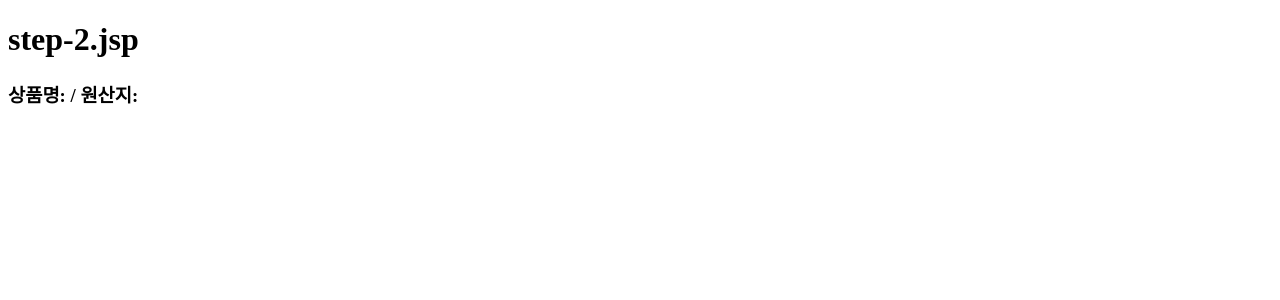
Repository: dtkd19/jsp-jstl_241021
Page: http://localhost/jstl_study/step-2.jsp
These files come from the project's save history. The page is drawn as it stood at one moment and after the next save; the edit follows.
The browser window is 1280 px wide. The pictures show the whole page.
The page is served by Tomcat 9.

Above is the page before, as saved 2024-10-21 03:18:05.

After the next save:
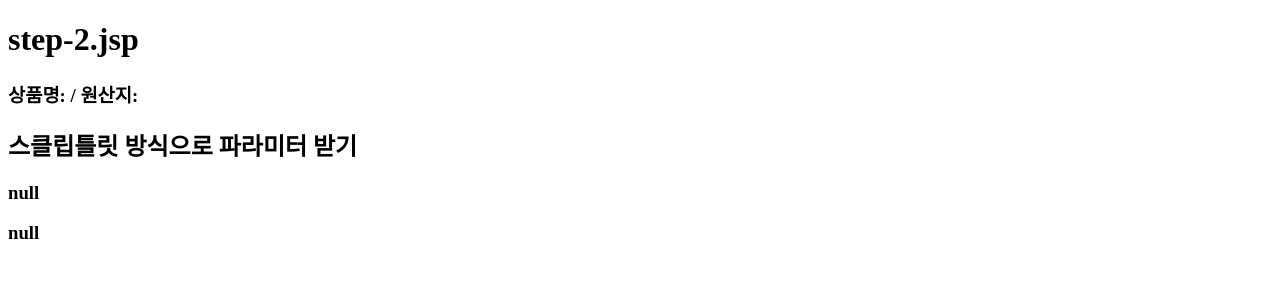
Saved 14 min 38 s later.
--- a/jstl_study/src/main/webapp/step-2.jsp
+++ b/jstl_study/src/main/webapp/step-2.jsp
@@ -8,6 +8,13 @@
 </head>
 <body>
 	<h1>step-2.jsp</h1>
+	<!-- el 방식으로 파라미터 받기 -->
 	<h3>상품명: ${param.name } / 원산지: ${param.addr }</h3>
+
+	<h2>스클립틀릿 방식으로 파라미터 받기</h2>
+	<h3><%= request.getParameter("name") %></h3>
+	<h3><%= request.getParameter("age") %></h3>
+
+
 </body>
 </html>
